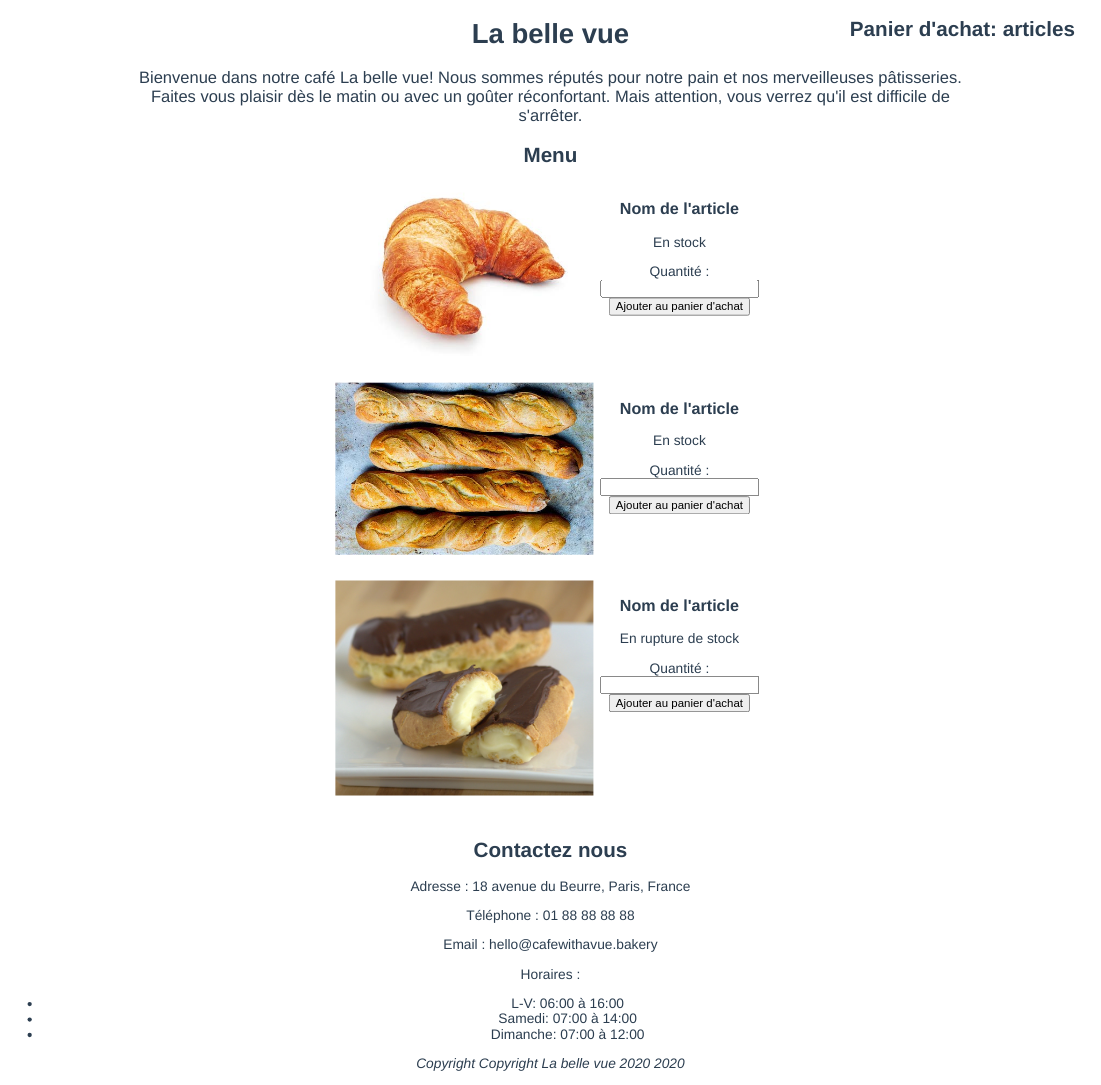
Repository: arione15/OC-tuto_cafe-avec-vue_Vue.js
Page: Partie 1 Créez votre première app Vue.js/Vue-fr-P1C4-Begin/cafe-with-a-vue/index.html
These files come from the project's save history. The page is drawn as it stood at one moment and after a run of saves; the edit follows.
The browser window is 1280 px wide. The pictures show the whole page, at 86% of full size.

Above is the page before, as saved 2021-09-06 16:47:50.

### Partie 1 Créez votre première app Vue.js/Vue-fr-P1C4-Begin/cafe-with-a-vue/index.html
<!DOCTYPE html>
<html lang="en">

<head>
	<meta charset="UTF-8" />
	<meta name="viewport" content="width=device-width, initial-scale=1.0" />
	<meta http-equiv="X-UA-Compatible" content="ie=edge" />
	<link rel="stylesheet" href="./styles.css" />
	<title>Cafe with a Vue</title>
</head>

<body>
	<div id="app" class="app">
		<h1>{{ restaurantName }}</h1>
		<p class="description">
			Bienvenue dans notre café {{ restaurantName }}! Nous sommes réputés pour
			notre pain et nos merveilleuses pâtisseries. Faites vous plaisir dès le
			matin ou avec un goûter réconfortant. Mais attention, vous verrez qu'il
			est difficile de s'arrêter.
		</p>

		<section class="menu">
			<h2>Menu</h2>
			<div v-for="item of simpleMenu" class="menu-item">
				<img
					class="menu-item__image"
					:src="item.image.source"
					:alt="item.image.alt"
				/>
				<div>
					<h3>Nom de l'article</h3>
					<p v-if="item.inStock">En stock</p>
					<p v-else>En rupture de stock</p>
					<div>
						<label for="add-item-quantity">Quantité :</label>
						<input v-model="item.quantity" id="add-item-quantity" type="number" />
						<button @click="addToShoppingCart()">Ajouter au panier d'achat</button>
					</div>
				</div>
			</div>
		</section>

		<aside class="shopping-cart">
			<h2>Panier d'achat: {{ nombre }} articles</h2>
		</aside>

		<h2>Contactez nous</h2>
		<p>Adresse : {{ address }}</p>
		<p>Téléphone : {{ phone }}</p>
		<p>Email : {{ email }}</p>
		<p>Horaires :</p>
		<ul>
			<li>L-V: 06:00 à 16:00</li>
			<li>Samedi: 07:00 à 14:00</li>
			<li>Dimanche: 07:00 à 12:00</li>
		</ul>

		<footer class="footer">
			<p>Copyright {{ copyright }} 2020</p>
		</footer>
	</div>

	<script src="https://cdn.jsdelivr.net/npm/vue/dist/vue.js"></script>
	<script>
		const app = new Vue({
			el: "#app",
			data: {
				address: "18 avenue du Beurre, Paris, France",
				email: "hello@cafewithavue.bakery",
				phone: "01 88 88 88 88",
				restaurantName: "La belle vue",
				shoppingCart: 0,

				simpleMenu: [
					{
						name: "Croissant",
						image: {
							source: "./images/croissant.jpg",
							alt: "Un croissant"
						},
						inStock: true,
						quantity: ''
					},
					{
						name: "Baguette de pain",
						image: {
							source: "./images/french-baguette.jpeg",
							alt: "Quatre baguettes de pain"
						},
						inStock: true,
						quantity: ''
					},
					{
						name: "Éclair",
						image: {
							source: "./images/eclair.jpg",
							alt: "Éclair au chocolat"
						},
						inStock: false,
						quantity: ''
					}
				]
			},
			computed: {
				copyright() {
					const currentYear = new Date().getFullYear();
					return `Copyright ${this.restaurantName} ${currentYear}`;
				}
			},
			methods: {
				addToShoppingCart(amount){
					return amount+=this.quantity;
				}
			}
		})
	</script>
</body>

</html>

### Partie 1 Créez votre première app Vue.js/Vue-fr-P1C4-Begin/cafe-with-a-vue/styles.css
.app {
  font-family: 'Avenir', Helvetica, Arial, sans-serif;
  -webkit-font-smoothing: antialiased;
  -moz-osx-font-smoothing: grayscale;
  text-align: center;
  color: #2c3e50;
}

.description {
  max-width: 960px;
  font-size: 1.2rem;
  margin: 0 auto;
}

.footer {
  text-align: center;
  font-style: italic;
}

.menu {
  display: flex;
  flex-direction: column;
  justify-content: center;
  align-items: center;
}

.menu-item {
  display: flex;
  width: 500px;
  justify-content: space-between;
  margin-bottom: 30px;
}

.menu-item__image {
  max-width: 300px;
}

.shopping-cart {
  position: absolute;
  right: 30px;
  top: 0;
}

After the next 2 saves:
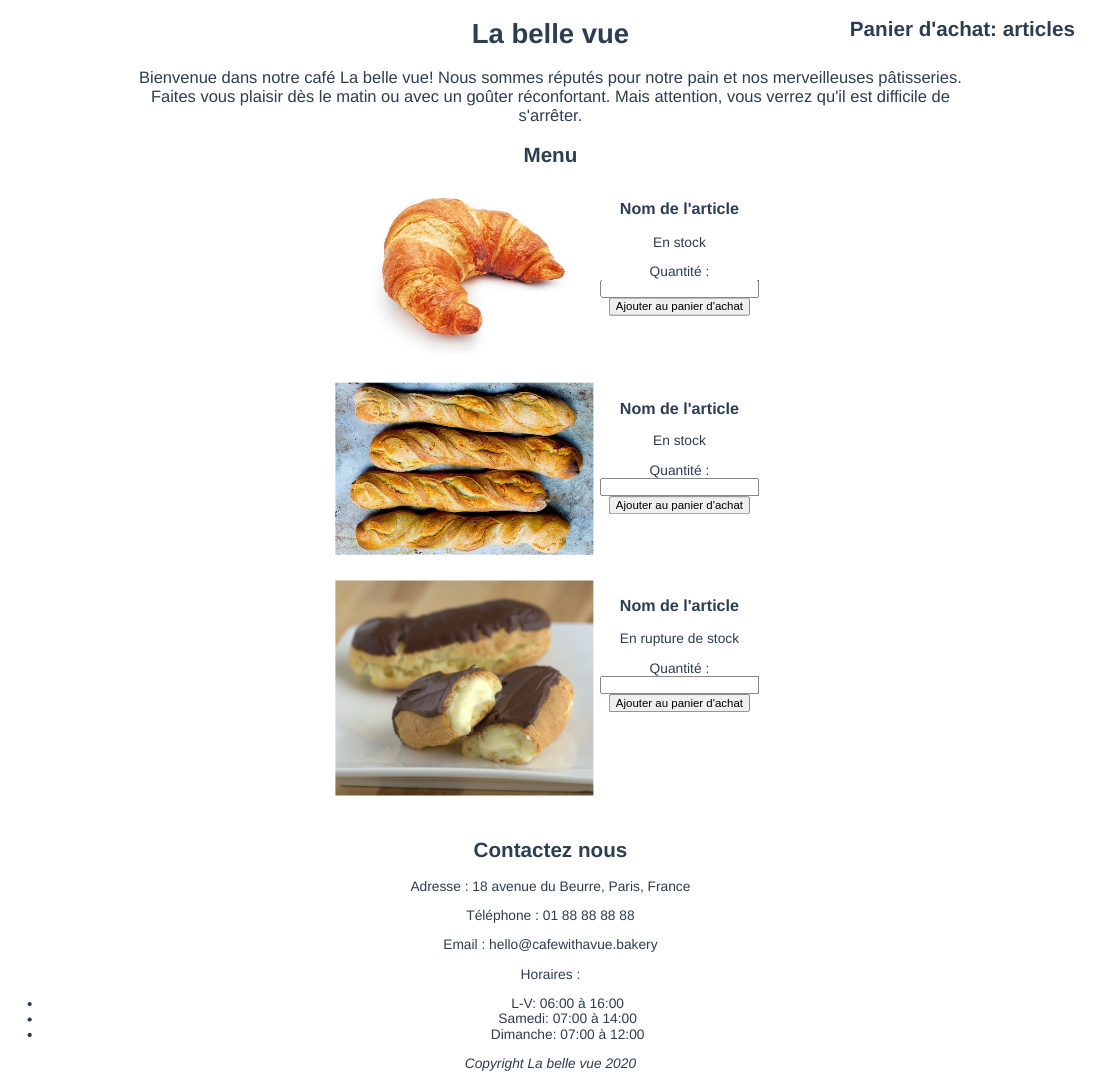
The 2 saves are shown as one change because they came seconds apart.
The last was saved 21 s later.
--- a/Partie 1 Créez votre première app Vue.js/Vue-fr-P1C4-Begin/cafe-with-a-vue/index.html
+++ b/Partie 1 Créez votre première app Vue.js/Vue-fr-P1C4-Begin/cafe-with-a-vue/index.html
@@ -56,7 +56,7 @@
 		</ul>
 
 		<footer class="footer">
-			<p>Copyright {{ copyright }} 2020</p>
+			<p> {{ copyright }} </p>
 		</footer>
 	</div>
 
